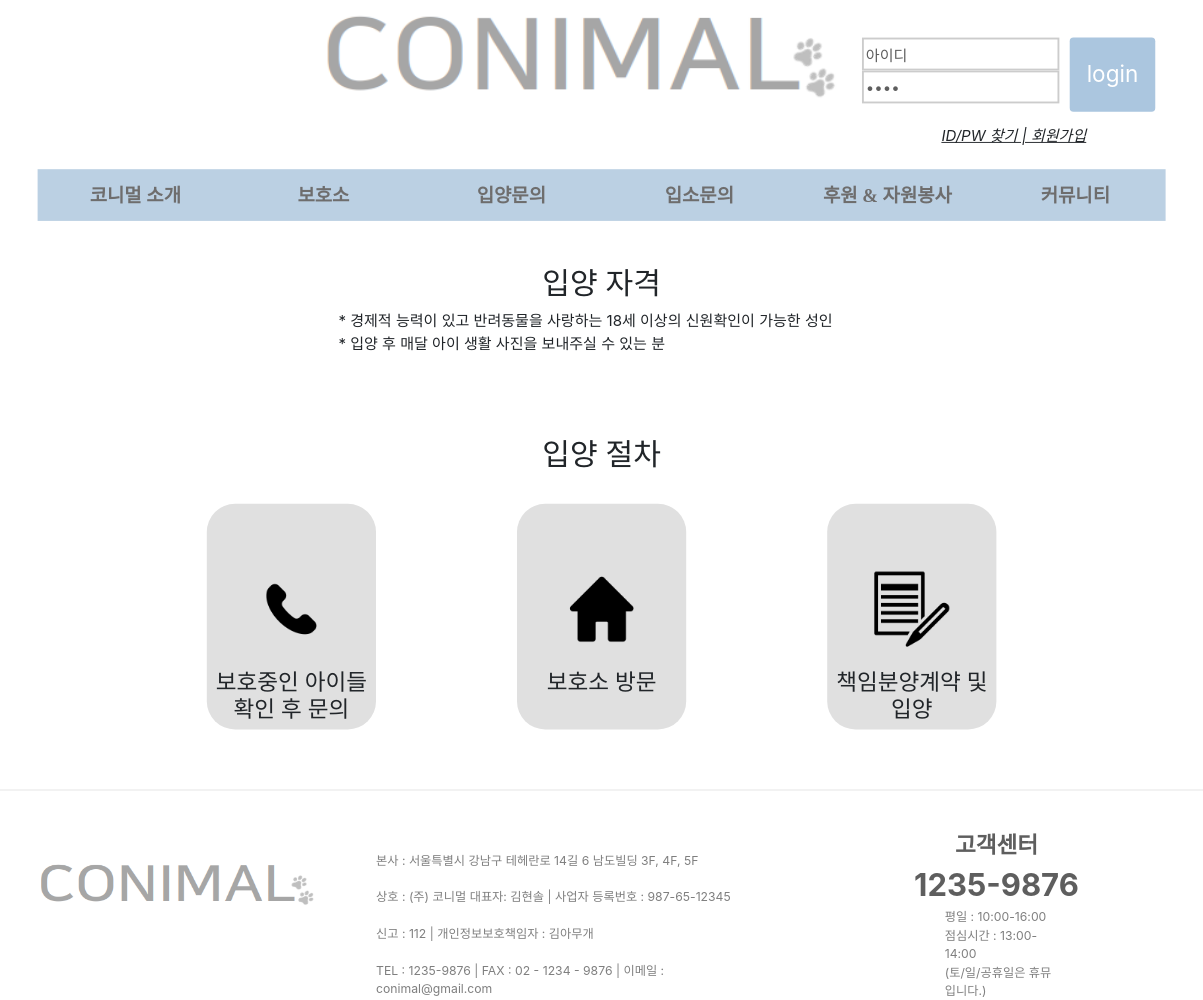
Repository: rlagusthf12/SemiProject
Page: http://localhost/conimal/views/adopt/adoptionProcessView.jsp
The author's editor kept a copy of each file at every save. The page is drawn from the files as they stood at one save, then again after the next save.
The browser window is 1280 px wide. The pictures show the whole page, at 94% of full size.
The page is served by Tomcat 9. Nobody is signed in. The application's start-up code is not run. Other server files are loaded and not shown.

Above is the page before, as saved 2021-05-26 11:42:57.

### conimal/WebContent/views/adopt/adoptionProcessView.jsp
<%@ page language="java" contentType="text/html; charset=UTF-8"
    pageEncoding="UTF-8"%>
<!DOCTYPE html>
<html>
<head>
<meta charset="UTF-8">
<title>Insert title here</title>
<style>
	.content{
		width: 1200px;
		margin: auto;
	}
	.info{margin-left: 320px;}
	.process-area{
		display: flex;
		justify-content: space-between;
		margin-left: 15%;
		margin-right: 15%;
	}
	.pa{
		background: #e0e0e0;
		width: 180px;
		height: 240px;
		border-radius: 30px;
	}
	.pic{
		border: 1px solid black;
		width: 75px;
		height: 75px;
	}
</style>
</head>
<body>

	<%@ include file="../common/menubar.jsp" %>

	<div class="content">

		<br><br>

		<h2 align="center">입양 자격</h2>

		<p class="info">
			* 경제적 능력이 있고 반려동물을 사랑하는 18세 이상의 신원확인이 가능한 성인<br>
			* 입양 후 매달 아이 생활 사진을 보내주실 수 있는 분
		</p>

		<br><br><br>

		<h2 align="center">입양 절차</h2>

		<br>

		<div class="process-area">
			<div class="pa" align="center">
				<br><br><br>
				<img src="resources/images/phone.png" width="80">
				<br><br>
				<h4>보호중인 아이들 확인 후 문의</h4>
			</div>
			<div class="pa" align="center">
				<br><br><br>
				<img src="resources/images/house.png" width="80">
				<br><br>
				<h4>보호소 방문</h4>
			</div>
			<div class="pa" align="center">
				<br><br><br>
				<img src="resources/images/document.png" width="80">
				<br><br>
				<h4>책임분양계약 및 입양</h4>
			</div>
		</div>

		<br><br>

	</div>
	<%@ include file="../common/footerbar.jsp" %>

</body>
</html>

### conimal/WebContent/views/common/menubar.jsp
<%@ page language="java" contentType="text/html; charset=UTF-8"
    pageEncoding="UTF-8"%>
<%
	String contextPath = request.getContextPath();

	String alertMsg = (String)session.getAttribute("alertMsg");
%>
<!DOCTYPE html>
<html>
<head>
<meta charset="UTF-8">
<title>Insert title here</title>

<!-- Latest compiled and minified CSS -->
<link rel="stylesheet" href="https://maxcdn.bootstrapcdn.com/bootstrap/4.5.2/css/bootstrap.min.css">
<!-- jQuery library -->
<script src="https://ajax.googleapis.com/ajax/libs/jquery/3.5.1/jquery.min.js"></script>
<!-- Popper JS -->
<script src="https://cdnjs.cloudflare.com/ajax/libs/popper.js/1.16.0/umd/popper.min.js"></script>
<!-- Latest compiled JavaScript -->
<script src="https://maxcdn.bootstrapcdn.com/bootstrap/4.5.2/js/bootstrap.min.js"></script>

<style>
    .on{
         width: 1200px;
         height: 180px;
         margin: 0 auto;
         }
    .mainLogo{

        margin-left: 302px;

    }

    .login {
        float:right;
        margin-top:40px;
     }
   #loginform>*{

    float:left;
    }
    .id_pwd{width: 65%; height: 70px; } .loginbtn{width: 35%;}

    .pwd,.id{
        color: rgb(94, 94, 94);
        border-style: solid;
        border-color: rgb(204, 204, 204);
        width:100%;
        height:50%;
    }
    .loginbtn>input{
        font-size: 24px;
        width: 80%;
        height: 100%;
        color: rgb(255, 255, 255);
        line-height: 3.2em;
        background-color: rgb(171, 198, 223);
        text-align: center;
        border-radius: 4px;
        border:0px;
    }

    .find{
    text-decoration-line: underline;
    font-style: italic;
    font-size: 16px;
    line-height: 3.2em;
    }

    .navi{
            width: 1200px; height: 55px;
            background-color: rgb(187, 208, 227);
            margin: 0 auto;
     }
     #navi1{
            list-style-type:none;
            margin:0;
            padding:0;
            height:100%;
            text-decoration:none;

        }

        #navi1>li{
            margin-left: 8px;
            float:left;
            width:16%;
            height:100%;
            text-align:center;
        }
        #navi1 a{
            line-height: 2.8em;
            font-size: 20px;
            color: rgb(110, 109, 109);
            font-family: HanSans;
            width: 16.6%;
            font-weight: bold;
            cursor:pointer;
            height:100%;
            width:100%;
            display:block;
            text-decoration:none;
            z-index: 6;
        }
        #navi1 a:hover{color: white;}
        #navi1>li>ul{
            list-style-type:none;
            display:none;
            margin-top:0px;
            padding:10px;
            background-color: rgb(184, 183, 183);
            font-family: HanSans;
            line-height: 2.8em;
            font-size: 20px;
            position: relative;
            z-index: 6;
        }
        #navi1>li>ul a{font-size:15px;}
        #navi1>li>a:hover+ul{display:block;}
        #navi1>li>ul:hover{display:block;}
     </style>
</head>

<body>

	<script>
		var msg = "<%= alertMsg %>";
		// var msg = "메세지" / "null"

		if(msg != "null") {
			alert(msg);
			// 알림창을 띄워준 후 session에 담긴 해당 메시지는 지워줘야한다
			// 안그러면 menubar.jsp가 로딩될때마다 매번 alert가 뜸
			<% session.removeAttribute("alertMsg"); %>
		}
	</script>

            <div class="on">

                    <image src="resources/images/mainLogo.png" width="558px" height="120px" class="mainLogo">

                        <div class="login" align="center">

                            <form action="" id="loginform">

                                <div class="id_pwd">
                                    <input type="text" class="id" value="아이디"><br>
                                    <input type="password" class="pwd" value="비밀번호" >
                                </div>

                                <div class="loginbtn">
                                    <input type="submit" value="login">
                                </div>
                            </form>
                            <span class="find">ID/PW 찾기 | 회원가입</span>
                        </div>

            </div>
            <div class="navi">
                    <ul id="navi1" >
                        <li><a href="">코니멀 소개</a></li>
                        <li><a href="">보호소</a></li>
                        <li><a href="">입양문의</a>
                            <ul>
                                <li><a href="">보호중인 동물</a></li>
                                <li><a href="<%=contextPath%>/process.ad">입양 절차</a></li>
                                <li><a href="">입양 신청</a></li>
                                <li><a href="">입양 후기</a></li>
                            </ul>
                        </li>
                        <li><a href="">입소문의</a>
                            <ul>
                                <li><a href="<%=contextPath%>/process.en">입소 절차</a></li>
                                <li><a href="">입소 신청</a></li>
                            </ul>
                        </li>
                        <li><a href="">후원 &amp; 자원봉사</a>
                        <ul>
                            <li><a href="<%=contextPath%>/list.vo?currentPage=1">자원봉사</a></li>
                            <li><a href="<%=contextPath%>/list.do?currentPage=1">후원</a></li>
                        </ul>
                      </li>
                        <li><a href="">커뮤니티</a>
                        <ul>
                            <li><a href="">자유 게시판</a></li>
                            <li><a href="">공지사항</a></li>
                            <li><a href="">고객센터</a></li>
                        </ul>
                    </li>
                    </ul>
            </div>


</body>
</html>

### conimal/WebContent/views/common/footerbar.jsp
<%@ page language="java" contentType="text/html; charset=UTF-8"
    pageEncoding="UTF-8"%>
<!DOCTYPE html>
<html>
<head>
<meta charset="UTF-8">
<title>Insert title here</title>
<style>


 .footerbar{

         width: 1200px;
         height: 180px;
         margin: 0 auto;
     }
     .call{
         width:30%;
         height: 100%;
         float:left;
         margin-left: 60px;
     }

     .minLogo{

         padding-top: 30px;
         height: 100%;
         float:left;
     }
     .ex{
        width:40%;
        float:left;
        height:100%;
        padding-top: 25px;
    }
     .ect{

        font-size: 13px;
        color: rgb(127, 127, 127);
        text-align: left;
        width:450px;
        padding-left: 60px;

     }
     .ect2{
        font-weight: bold; font-size: 24px; text-align: center; color: rgb(94, 94, 94);
     }
     .ect3{
        font-weight: bold; font-size: 33px; text-align: center; color: rgb(94, 94, 94);
     }
     #al{
        width: 250px;
        padding-left: 125px;
     }


</style>
</head>
<body>
            <hr>
            <br>
            <div class="footerbar">
            <div class="minLogo">
                <div>
                 <image src="resources/images/mainLogo.png" width="300" height="60"></image>
                </div>
            </div>
            <div class="ex">
             <div class="ect">
                    본사 : 서울특별시 강남구 테헤란로 14길 6 남도빌딩 3F, 4F, 5F<br><br>

                    상호 : (주) 코니멀 대표자: 김현솔 | 사업자 등록번호 : 987-65-12345 <br><br>

                    신고 : 112 | 개인정보보호책임자 : 김아무개<br><br>

                    TEL : 1235-9876 | FAX : 02 - 1234 - 9876 | 이메일  :  conimal@gmail.com
              </div>
            </div>


            <div class="call">
                <div class="ect2" >
                    고객센터
                    <div class="ect3">
                    1235-9876

                    </div>
                </div>

                <div class="ect" id="al">
                    평일 : 10:00-16:00<br>
                    점심시간 : 13:00-14:00<br>
                    (토/일/공휴일은 휴뮤입니다.)
                </div>

            </div>
            </div>


</body>
</html>

After the next save:
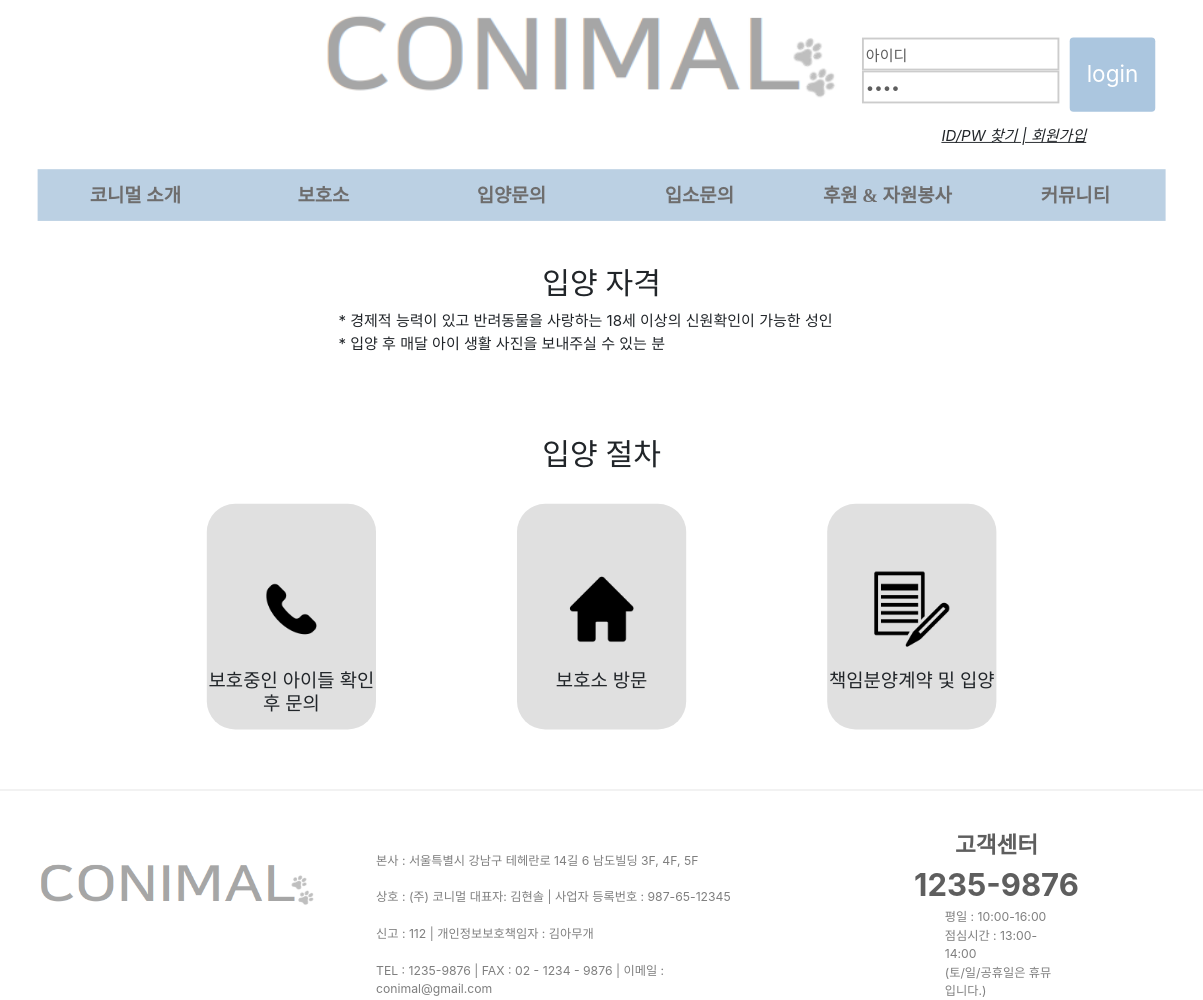
Saved 64 s later.
--- a/conimal/WebContent/views/adopt/adoptionProcessView.jsp
+++ b/conimal/WebContent/views/adopt/adoptionProcessView.jsp
@@ -56,19 +56,19 @@
 				<br><br><br>
 				<img src="resources/images/phone.png" width="80">
 				<br><br>
-				<h4>보호중인 아이들 확인 후 문의</h4>
+				<h5>보호중인 아이들 확인 후 문의</h5>
 			</div>
 			<div class="pa" align="center">
 				<br><br><br>
 				<img src="resources/images/house.png" width="80">
 				<br><br>
-				<h4>보호소 방문</h4>
+				<h5>보호소 방문</h5>
 			</div>
 			<div class="pa" align="center">
 				<br><br><br>
 				<img src="resources/images/document.png" width="80">
 				<br><br>
-				<h4>책임분양계약 및 입양</h4>
+				<h5>책임분양계약 및 입양</h5>
 			</div>
 		</div>
 
